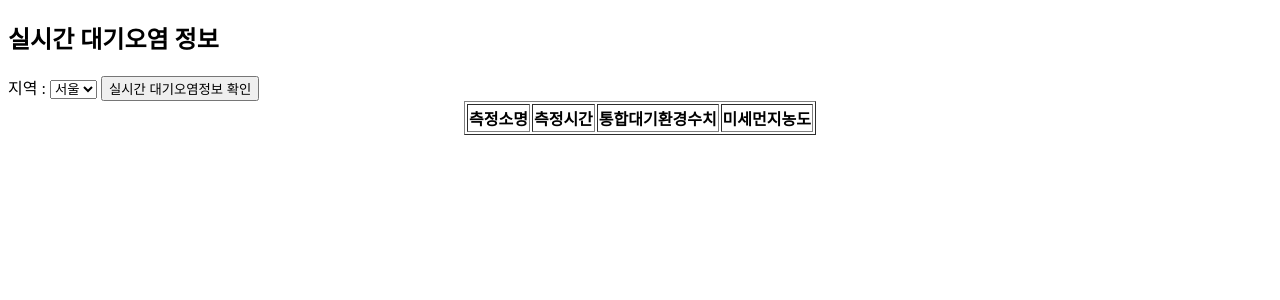
Repository: yeoneeeeeee/KH
Page: http://localhost/Opendata_Project/
The author's editor kept a copy of each file at every save. The page is drawn from the files as they stood at one save, then again after the next save.
The browser window is 1280 px wide. The pictures show the whole page.
The page is served by Tomcat 9. Other server files are loaded and not shown.

Above is the page before, as saved 2023-08-17 01:18:31.

### Spring-Workspace/Opendata_Project/src/main/webapp/index.jsp
<%@ page language="java" contentType="text/html; charset=UTF-8"
    pageEncoding="UTF-8"%>
<!DOCTYPE html>
<html>
<head>
<meta charset="UTF-8">
<title>Insert title here</title>
<script src="https://ajax.googleapis.com/ajax/libs/jquery/3.4.1/jquery.min.js"></script>
</head>
<body>

	<h2>실시간 대기오염 정보</h2>

	지역 :
	<select id="location">
		<option>서울</option>
		<option>부산</option>
		<option>대전</option>
		<option>대구</option>
		<option>경기</option>
	</select>


	<button id="btn1">실시간 대기오염정보 확인</button>

	<table id="result1" border="1" align="center">
		<thead>
			<tr>
				<th>측정소명</th>
				<th>측정시간</th>
				<th>통합대기환경수치</th>
				<th>미세먼지농도</th>
			</tr>
		</thead>
	</table>

	<script>
		$(()=> {

			$("#btn1").click( () => {
				$.ajax({
					url : 'air.do',
					data : {"location" : $("#location").val() },
					success : function(data){
						//console.log(data);
					}
				})
			})
		})
	</script>














</body>
</html>

After the next save:
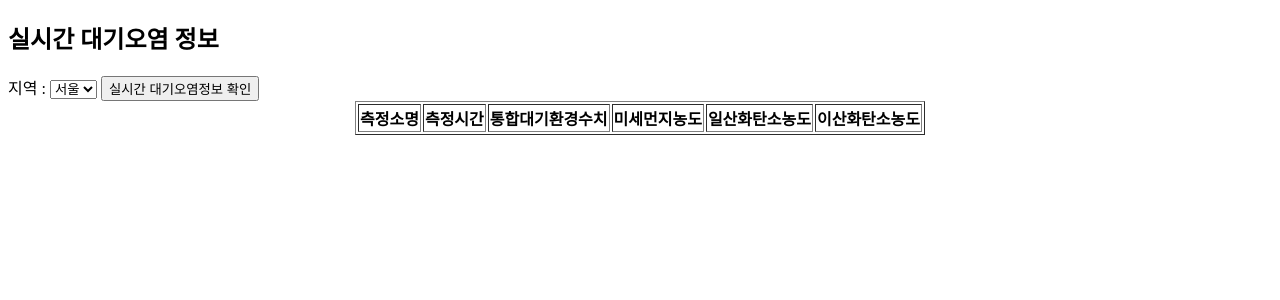
Saved 12 s later.
--- a/Spring-Workspace/Opendata_Project/src/main/webapp/index.jsp
+++ b/Spring-Workspace/Opendata_Project/src/main/webapp/index.jsp
@@ -30,6 +30,8 @@
 				<th>측정시간</th>
 				<th>통합대기환경수치</th>
 				<th>미세먼지농도</th>
+				<th>일산화탄소농도</th>
+				<th>이산화탄소농도</th>
 			</tr>
 		</thead>
 	</table>
